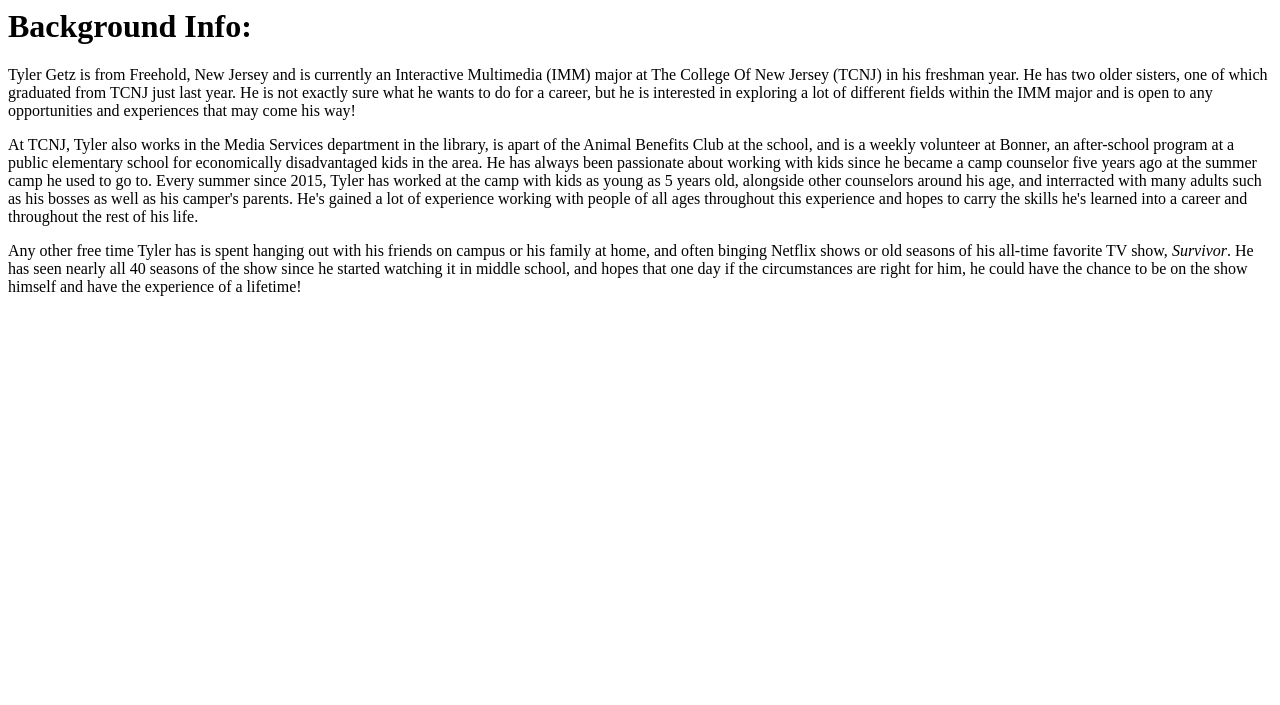
Repository: getzt1/web-design-class
Page: web pages/personal-site/cv.html
The author's editor kept a record of every edit. The page is drawn from the files as they stood at one moment, then again after the next edit.
The browser window is 1280 px wide. The pictures show the whole page.

Above is the page before.

After the next edit:
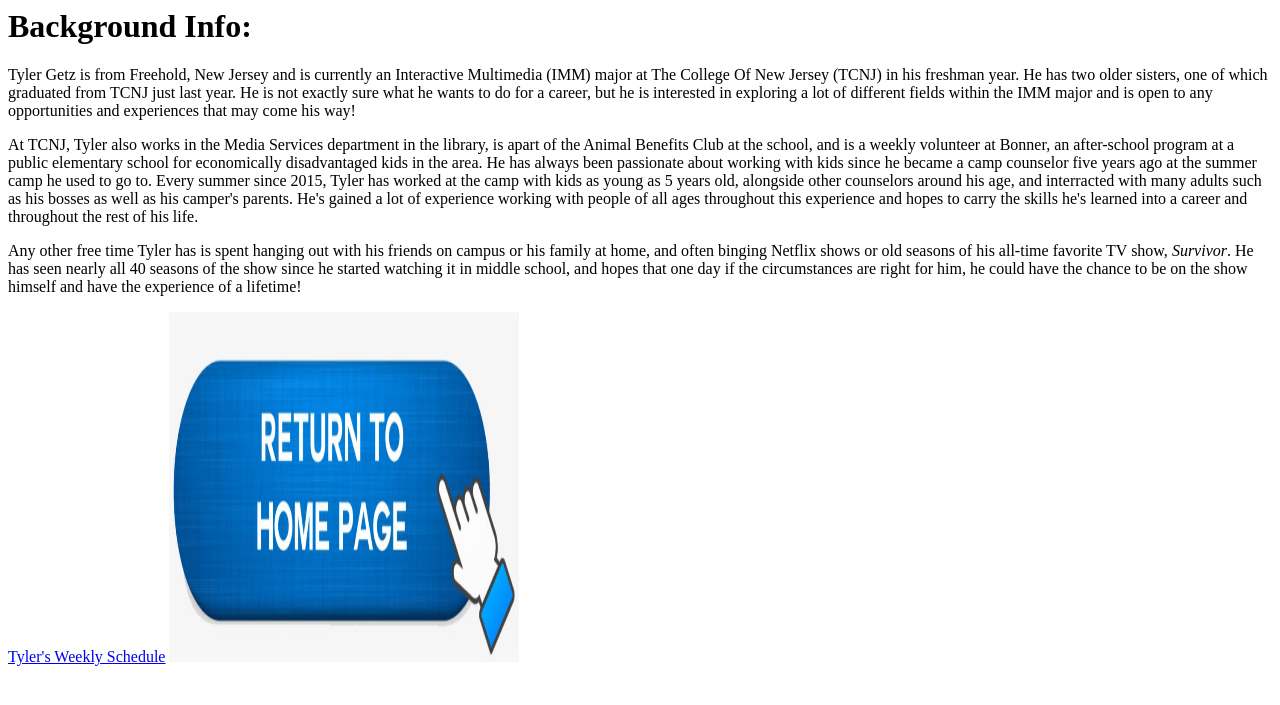
The edit:
--- a/web pages/personal-site/cv.html
+++ b/web pages/personal-site/cv.html
@@ -11,4 +11,8 @@
 
         <p>Any other free time Tyler has is spent hanging out with his friends on campus or his family at home, and often binging Netflix shows or old seasons of his all-time favorite TV show, <i>Survivor</i>. He has seen nearly all 40 seasons of the show since he started watching it in middle school, and hopes that one day if the circumstances are right for him, he could have the chance to be on the show himself and have the experience of a lifetime!
         </p>
+
+        <a href = "../personal-site/index.html">Tyler's Weekly Schedule</a>
+
+        <img src="images/home-button.jpg" width="350" height="350">
 </body>
